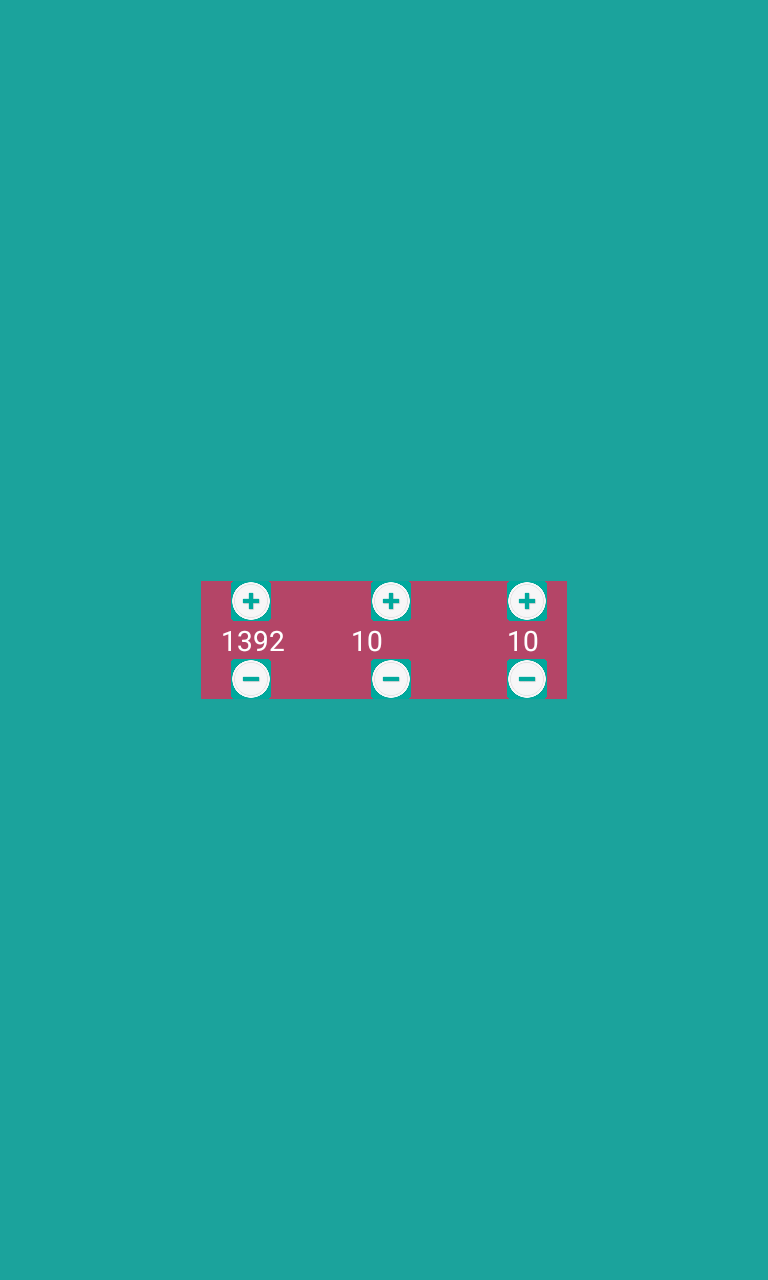
Repository: AtiehPardaz/Reports-Mobile
Layout: Reportsmobile/res/layout/activity_datepicker.xml
An editor plug-in stored every save of this project. The layout is shown before and after the next save, followed by the edit.
It is drawn on a 768 x 1280 px phone screen (xhdpi) without system bars, with theme Theme.Transparent; the app's code is not run.

Above is the layout before, as saved 2015-03-10 12:47:44.

After the next save:
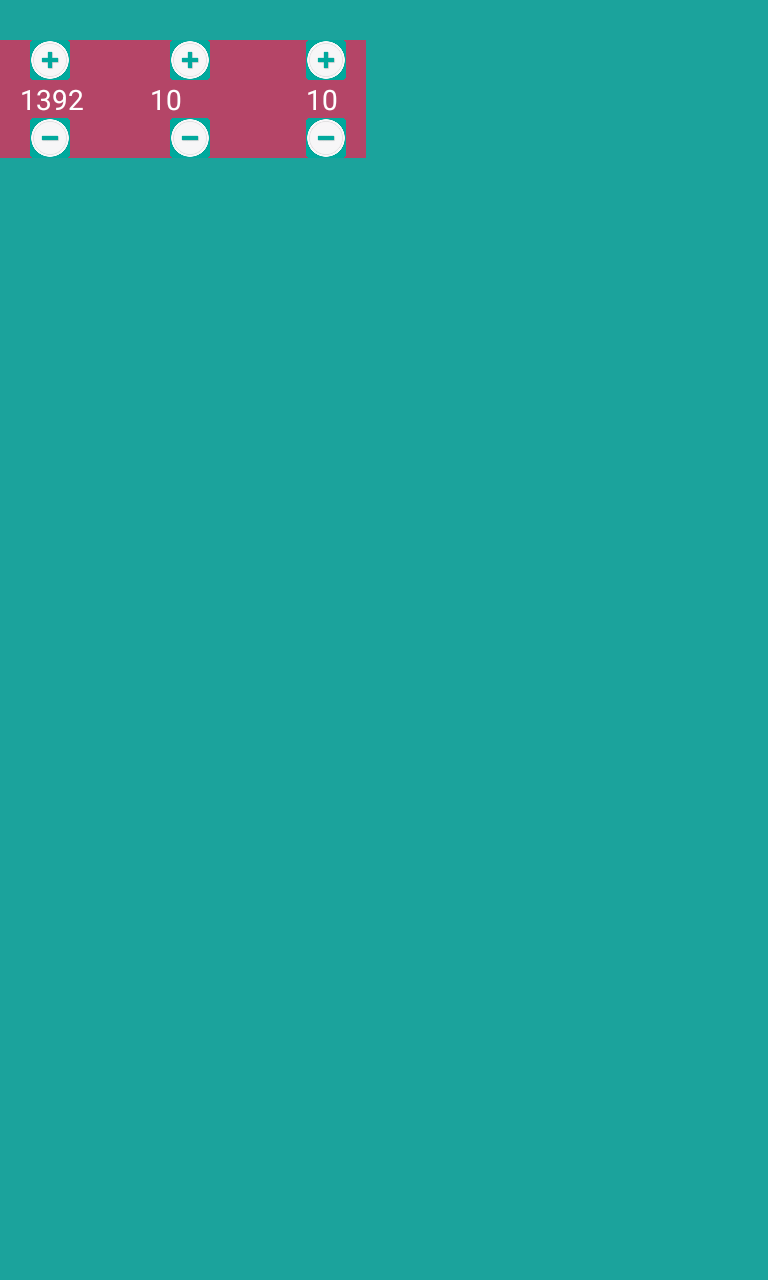
Saved 4 min 6 s later.
--- a/Reportsmobile/res/layout/activity_datepicker.xml
+++ b/Reportsmobile/res/layout/activity_datepicker.xml
@@ -1,5 +1,6 @@
-<RelativeLayout xmlns:android="http://schemas.android.com/apk/res/android"
+<FrameLayout xmlns:android="http://schemas.android.com/apk/res/android"
     xmlns:tools="http://schemas.android.com/tools"
+    android:id="@+id/FrameLayout1"
     android:layout_width="match_parent"
     android:layout_height="match_parent"
     android:background="#1BA39C" >
@@ -8,8 +9,6 @@
         android:id="@+id/rel_cal"
         android:layout_width="wrap_content"
         android:layout_height="wrap_content"
-        android:layout_centerHorizontal="true"
-        android:layout_centerInParent="true"
         android:layout_marginTop="20sp"
         android:background="#b44567" >
 
@@ -116,10 +115,7 @@
 
     <ImageView
         android:layout_width="wrap_content"
-        android:layout_height="wrap_content"
-        android:layout_below="@+id/rel_cal"
-        android:layout_centerHorizontal="true" >
-
+        android:layout_height="wrap_content" >
     </ImageView>
 
-</RelativeLayout>
+</FrameLayout>
